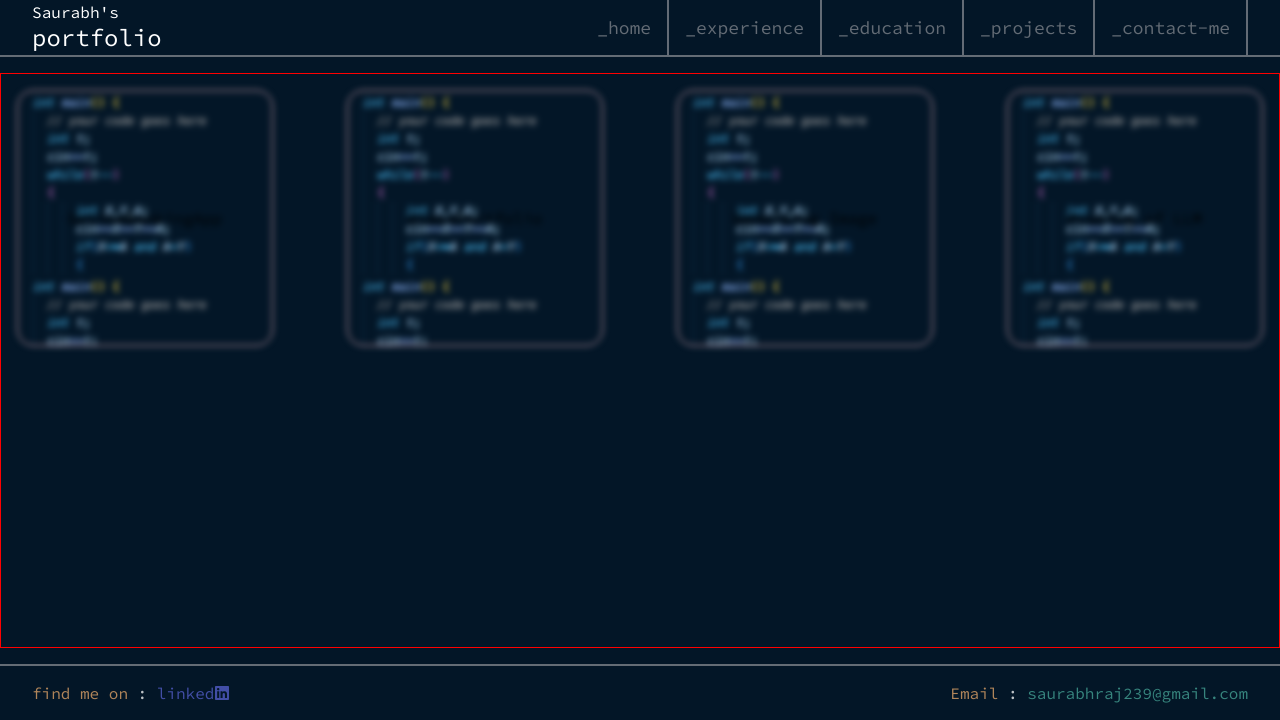
Repository: saurabhraj23/FrontendReactPortfolio
Page: /projects
These files come from the project's save history. The page is drawn as it stood at one moment and after the next save; the edit follows.
The browser window is 1280 px wide. The pictures show the whole page.
The project was rebuilt for these pictures with package versions that can differ from the ones it lists, and the page was loaded fresh each time. Also part of the build but not shown: vite.config.js, src/components/Education.jsx, src/components/Experience.jsx, src/components/Contacts.jsx, src/styles/default-page.css, src/components/DefaultPage.jsx.

Above is the page before, as saved 2024-07-23 00:17:53.

### src/App.jsx
import React from "react";
import { BrowserRouter as Router, Route, Routes } from "react-router-dom";
import "./styles/App.css";
import Home from "./components/Home";
import Education from "./components/Education";
import Experience from "./components/Experience";
import Contacts from "./components/Contacts";
import Projects from "./components/Projects";
import Heading from "./components/Heading";
import Footer from "./components/Footer";
import DefaultPage from "./components/DefaultPage";

function App() {
  return (
    <div className="main">
      <Router>
        <Heading />
        <Routes>
          <Route path="/" element={<Home />}>
            <Route path="/" element={<DefaultPage />} />
            <Route path="/education" element={<Education />} />
            <Route path="/experience" element={<Experience />} />
            <Route path="/contacts" element={<Contacts />} />
            <Route path="/projects" element={<Projects />} />
          </Route>
        </Routes>
        <Footer />
      </Router>
    </div>
  );
}

export default App;

### src/styles/App.css
@import "./color.css";
@import "./experience.css";
@import "./education.css";
@import "./project.css";
@import "./header.css";
@import "./contact-me.css";
@import "./footer.css";
@import "./default-page.css";


*{
  margin:0;
  padding: 0;
  box-sizing: border-box;
  font-family: "Source Code Pro";
  font-weight: 400;
}

.main{
  background-color: var(--bg-color);
  color: var(--primary-white);
  height: 100vh;
  width: 100%;
  display: grid;
  grid-template-rows: 1fr 8fr 1fr;
  grid-template-columns: 4fr 3fr;
padding: 0;
}

### src/components/Home.jsx
import React from "react";
import { Outlet } from "react-router-dom";

function Home() {
  return (
    <>
      <Outlet />
    </>
  );
}

export default Home;

### src/components/Projects.jsx
import React from "react";
import "../styles/App.css";
import { Link } from "react-router-dom";

function Projects() {
  return (
    <>
      <div className="projects-left-side"></div>
      <div className="projects-right-side">
        <Link to={"https://github.com/saurabhraj23/OnlineBankingAppKPMG"}>
          <button className="project-item">OnlineBankingApp</button>
        </Link>
        <Link to={"https://github.com/saurabhraj23/Glass-Portfolio"}>
          <button className="project-item">GlassPortfolio</button>
        </Link>
        <Link to={"https://github.com/saurabhraj23/Denoising-Image"}>
          <button className="project-item">Denoising Image</button>
        </Link>
        <Link to={"https://github.com/saurabhraj23/Pruning"}>
          <button className="project-item">Pruning of LLM</button>
        </Link>
      </div>
    </>
  );
}

export default Projects;

### src/components/Heading.jsx
import React from "react";
import Navbar from "./Navbar";
function Heading() {
  return (
    <header className={"heading"}>
      <h2>
        <h6>Saurabh's</h6>
        portfolio
      </h2>
      <Navbar />
    </header>
  );
}

export default Heading;

### src/components/Footer.jsx
import React from "react";
import { Link } from "react-router-dom";
import { FaLinkedin } from "react-icons/fa";

function Footer() {
  return (
    <footer className="footer">
      <div>
        <span>find me on</span> <span>&nbsp;:</span>
        <Link to={"https://www.linkedin.com/in/saurabhraj239/"}>
          <span>
            &nbsp;linked
            <FaLinkedin />
          </span>
        </Link>
      </div>
      <div>
        <span>Email</span> <span> :</span>
        <span> saurabhraj239@gmail.com</span>
      </div>
    </footer>
  );
}

export default Footer;

### src/styles/color.css
@import url('https://fonts.googleapis.com/css2?family=Source+Code+Pro:ital,wght@0,200..900;1,200..900&display=swap');

:root {
--bg-color:#031627;
--primary-white:#fff;
--primary-dark:#d3d0d076;
--secondary-blue:#424ea6;
--tertiary-green:#37857e;
--tertiary-green-dark:#77E4C8;
--tertiary-brown-light:#D4BDAC;
--tertiary-orange:#b0855a;

}

### src/styles/experience.css
@import "./color.css";

.experience-left-side{
  display: none;
}
.experience-right-side{
  margin: 2rem;
  grid-column: 1/3;

}
.experience-right-side > div:first-child{
  display: flex;
  justify-content: space-between;
}
.experience-right-side>div:first-child>span:nth-child(2) span{
display: inline-block;
}
.experience-right-side>div:first-child>span:nth-child(2)>span:nth-child(2){
  animation: present 2s infinite alternate ease-in-out;

}

@keyframes present {
  from{

    opacity: 0;
  }
  to{

    opacity: 1;
  }
}

.experience-right-side>div:first-child>span:first-child{
  font-size: 1.4rem;
  color: var(--secondary-blue);
  font-weight: 600;
  margin-bottom: 3rem;
  text-decoration: underline;
}

.experience-right-side span{
  display: block;
}

.internship-details{
  display: flex;
  flex-direction: column;
}
.internship-details>span:first-child{
  font-size: 1.2rem;
  color: var(--tertiary-green);
  font-weight: 600;
  letter-spacing: 0.2rem;
  margin-bottom:1rem ;


}
.internship-details>span:nth-child(2){
  /* letter-spacing: 0.1rem; */
  color: var(--tertiary-brown-light);

}

.internship-details>span:nth-child(2)>span:first-child{
  font-size: 1.1rem;
  font-weight: 500;
  color: var(--tertiary-orange);

}


.internship-details>span:first-child span{
  display: inline-block;

}

.internship-details>span:nth-child(2)>span:first-child{
  letter-spacing: 0.2rem;
}

.internship-details>span:first-child>span:first-child{
  animation: arrowMove 1.6s infinite alternate ease-in-out;
  }

.fte-details{
  display: flex;
  flex-direction: column;
  margin-top: 2rem;

}
.fte-details>span:first-child{
  font-size: 1.2rem;
  color: var(--tertiary-green);
  font-weight: 600;
  letter-spacing: 0.2rem;
  margin-bottom: 1rem;

}

.fte-details>span:nth-child(2){
  color: var(--tertiary-brown-light);
}

.fte-details>span:nth-child(2)>span:nth-child(1)>span:first-child{
  color: var(--tertiary-orange);
  font-size: 1.1rem;
  font-weight: 500;
  }

.fte-details>span:nth-child(2)>span:nth-child(2)>span:first-child{
  letter-spacing: 0.2rem;
}
.fte-details>span:nth-child(2)>span:nth-child(1)>span:first-child{
  letter-spacing: 0.2rem;
}

.fte-details>span:nth-child(2)>span:nth-child(2){
  margin-top: 1rem;
}
.fte-details>span:nth-child(2)>span:nth-child(2)>span:first-child{
font-size: 1.1rem;
font-weight: 500;
color: var(--tertiary-orange);
}

.fte-details>span:first-child span{
  display: inline-block;
}

.fte-details>span:first-child>span:first-child{
animation: arrowMove 1.6s infinite alternate ease-in-out;
}

@keyframes arrowMove {
  from{
    transform: translateX(-0.6rem);
  }
  to{
    transform: translateX(0);
  }
}

.current-working  span{
  display: inline-block;
  animation: colorChange 2s infinite alternate ease-in-out ;

}

@keyframes colorChange {
  from{
color: var(--tertiary-brown-light);
  }

  to{
    color: var(--primary-white);

  }
}
.current-working{
  display: flex;
  flex-direction: row;
}

### src/styles/education.css
 @import "./color.css";

.education-left-side{
  display: none;
}
.education-right-side{
  margin: 2rem ;
  grid-column: 1/3;

}

.education-right-side{
  display: flex;
  flex-direction: column;
}

.degrees{
  display: flex;
  justify-content: space-between;
  margin-bottom: 2rem;
}

.degrees>span:first-child>h2{
  color: var(--tertiary-orange);
}
.degrees>span:first-child>h4{
  color: var(--tertiary-green);
}
.degrees>span:first-child>h5{
  color: var(--tertiary-brown-light);
  font-weight: 600;
}

.degrees>span:first-child>h3{
  display: flex;
  flex-direction: row;
}

.degrees>span:first-child>h3>span:nth-child(2){
  color: var(--tertiary-green-dark);
  animation: passed 2s infinite alternate ease-in-out;
}

@keyframes passed {
  from{
opacity: 0;
  }
  to{
opacity: 1;
  }
}
.degrees span:first-child {
  display: flex;
  flex-direction: column;
  gap: 0.6rem;
}
.degree-year{
  color: var(--tertiary-orange);
}

### src/styles/project.css
.projects-left-side{
  border: 1px solid red;
  display: none;
}
.projects-right-side{
  border: 1px solid red;
  grid-column: 1/3;
  display: flex;
  justify-content: space-between;
  padding:1rem ;
}

.project-item{
  border: 1px solid pink;
width: 20vw;
height: 20vw;
box-sizing: border-box;
font-size: 1rem;
border-radius:1rem ;
background-image: url("../assets/cpp.png");
filter: blur(0.2rem);
}
.project-item::before{
  content: "";
  background-image: url("../assets/cpp.png");
filter: blur(0.2rem);
z-index: -10;
}

.project-item:hover{
cursor: pointer;
box-shadow: 0.2rem 0.2rem 2rem 0 var(--secondary-blue);
display: flex;
justify-content: center;
align-items: end;
font-size: 1.4rem;
transition: all 2s;
}

### src/styles/header.css
.heading{
  grid-column: 1/3;
  display: flex;
  justify-content: space-between;
  align-items: center;
  border-bottom: 0.16rem solid var(--primary-dark);
  padding:0 2rem;
  margin-bottom: 1rem;
  }

  nav button{
    padding: 1rem;
    background-color: transparent;
    cursor: pointer;
    font-size: large;
    color: var(--primary-dark);
    border: none;
    border-right: 0.16rem solid var(--primary-dark);
  }

  nav button:hover{
    color: var(--primary-white);
    box-shadow: inset 0 -0.16rem 0 0 var(--tertiary-green);

  }

  .active{
    /* box-shadow: inset 0 -0.16rem 0 0 var(--tertiary-green); */
    color: var(--tertiary-green);
  }

### src/styles/contact-me.css
@import "../styles/color.css";

.contact-me-left-side{
  display: none;
}

.contact-me-right-side{
  grid-column: 1/3;
  display: grid;
  grid-template-columns: 2fr 1.1fr;
padding:  0 2rem;
}

.contact-me-left{
  /* border: 1px solid green; */
  padding: 1rem 2rem;
display: flex;
flex-direction: column;
gap: 0.7rem;

}

.contact-me-right{
  background-color: var(--primary-white);
  border-radius: 3%;
  padding: 1rem 2rem;
  color: var(--tertiary-green);
}

.image{
display: flex;
flex-direction: column;
align-items: center;
justify-content: center;
position: relative;
}

.image>img{
  width: 40%;
  object-fit: contain;
  border-radius: 50%;
  position: relative;
  z-index: 10;
}

.contact-me-left>span:first-child {
  font-size: 2.2rem;
  letter-spacing: 0.4rem;
  font-weight: 500;
}
.contact-me-left>span:first-child span{
  font-size: 2rem;
  letter-spacing: 0.4rem;
  color: var(--tertiary-green-dark);
  font-weight: 500;

}

.contact-me-left span{
  font-size: 1rem;
}
.contact-me-left a{
  text-decoration: none;
}
.contact-me-left a:visited{
color: var(--primary-white);
}

.circle{
  /* border: 1px solid red; */
  width: 44%;
  padding-top: 44%;
  border-radius: 50%;
  position: absolute;
  background-color: var(--tertiary-green);
  /* transform: translateX(-4rem); */
  z-index: 8;
  animation: round 4s infinite alternate ease-in-out;
}

@keyframes round {
  from{
background-color: val(--bg-color);
transform: scale(0);
  }
  50%{
    background-color: val(--secondary-blue);
    transform: scale(0.9);
  }
  to{
    background-color: val(--tertiary-green);
    transform: scale(1);
  }
}

.contact-details>span:first-child{
color: var(--tertiary-green-dark);
}

form{
display: flex;
flex-direction: column;
font-size: larger;
letter-spacing: 0.1rem;


}
.contact-me-form-heading{
text-align: center;
font-size: 2rem;
  width: 100%;

padding: 0.6rem;
border-radius: 0.4rem;
letter-spacing: 0.2rem;
box-shadow: 0 0.12rem 0 0.2rem var(--tertiary-green);

}


.contact-me-form-heading>span{

}

.fields{
  display: flex;
  flex-direction: column;
  margin-top: 1.8rem;

}

.fields>input{
  height: 2rem;
  border: none;
  outline: none;
  border-bottom: 0.16rem solid var(--primary-dark);
  font-size: 1rem;
  box-sizing:border-box;
  padding: 0.6rem;
  letter-spacing: 0.1rem;


}

.fields>input:focus{
border-bottom: 0.2rem solid var(--tertiary-green);

}

form div:nth-of-type(5)>textarea{
/* height: 8rem; */
outline: 0.12rem solid var(--primary-dark);
border-radius: 0.4rem;
padding-left: 1rem;
margin-top: 1rem;
padding: 0;
border: none;
border-bottom: 0.16rem solid var(--primary-dark);
font-size: 1rem;
resize: none;
box-sizing: border-box;
padding:0.6rem ;
}

.fields>textarea:focus{
  /* border-bottom: 0.2rem solid var(--tertiary-green); */
  box-shadow: 0 0.2rem 0 0 var(--tertiary-green)

  }

form> button{
font-size: large;
padding: 0.6rem 0.6rem;
border-radius: 2rem;
border: none;
cursor: pointer;
color: var(--primary-white);
background-color: var(--tertiary-green);
margin-top: 1rem;
}

.radio{
  display: flex;
  flex-direction: row;
  justify-content: space-evenly;
padding-top: 2rem;
}

.radio>span>label{
margin-left: 1rem;
/* font-size: larger; */
}

.radio>span>input{
  scale: 1.2;
  }

### src/styles/footer.css
.footer{
  grid-column: 1/3;
  display: flex;
  flex-direction: row;
  justify-content: space-between;
  align-items: center;
  padding: 0 2rem;
  border-top: 0.16rem solid var(--primary-dark);
margin-top: 1rem;
}

.footer > div:first-child{
  display: flex;
  align-items: center;
  justify-content: center;
}

.footer > div:first-child > span:first-child{
  color: var(--tertiary-orange);
}
.footer > div:first-child > a>span{
  color: var(--secondary-blue);
  display: flex;
  align-items: center;
  justify-content: center;
}

.footer > div:nth-of-type(2) > span:nth-of-type(1){
  color: var(--tertiary-orange);
}
.footer > div:nth-of-type(2) > span:nth-of-type(3){
  color: var(--tertiary-green);
}

.footer>div:first-child >a{
text-decoration: none;
color: var(--secondary-blue);
}

.footer>div:first-child span:nth-child(2){
  animation: blink 2s infinite alternate linear;
}
.footer>div:last-child span:nth-child(2){
  animation: blink 2s infinite alternate linear;
  color: white;
}

@keyframes blink {
  from{
    opacity: 0;
  }
  to{
    opacity: 1;
  }
}

### src/components/Navbar.jsx
import React, { useRef, useState } from "react";
import { Link } from "react-router-dom";

function Navbar() {
  const navBar = [
    { path: "/", label: "_home" },
    { path: "/experience", label: "_experience" },
    { path: "/education", label: "_education" },
    { path: "/projects", label: "_projects" },
    { path: "/contacts", label: "_contact-me" },
  ];

  const [activeIndex, setActiveIndex] = useState(false);

  return (
    <nav>
      {navBar.map((element, idx) => (
        <Link key={idx} to={element.path}>
          <button
            className={activeIndex === idx ? "active" : ""}
            onClick={() => {
              setActiveIndex(idx);
            }}
          >
            {element.label}
          </button>
        </Link>
      ))}
    </nav>
  );
}

export default Navbar;

Loaded but not shown: index.html (common file); src/main.jsx (common file); src/index.css (no stored copy; drawn as an empty file)

After the next save:
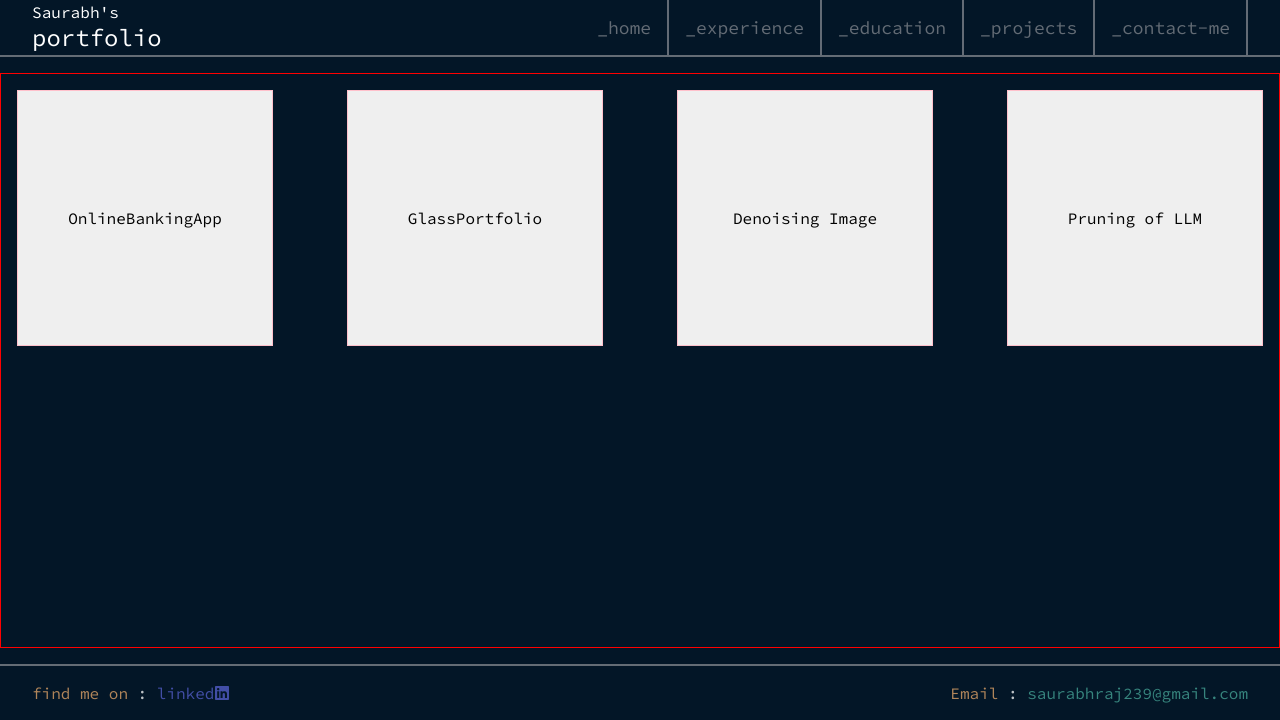
Saved 10 s later.
--- a/src/styles/project.css
+++ b/src/styles/project.css
@@ -16,9 +16,7 @@ width: 20vw;
 height: 20vw;
 box-sizing: border-box;
 font-size: 1rem;
-border-radius:1rem ;
-background-image: url("../assets/cpp.png");
-filter: blur(0.2rem);
+
 }
 .project-item::before{
   content: "";
